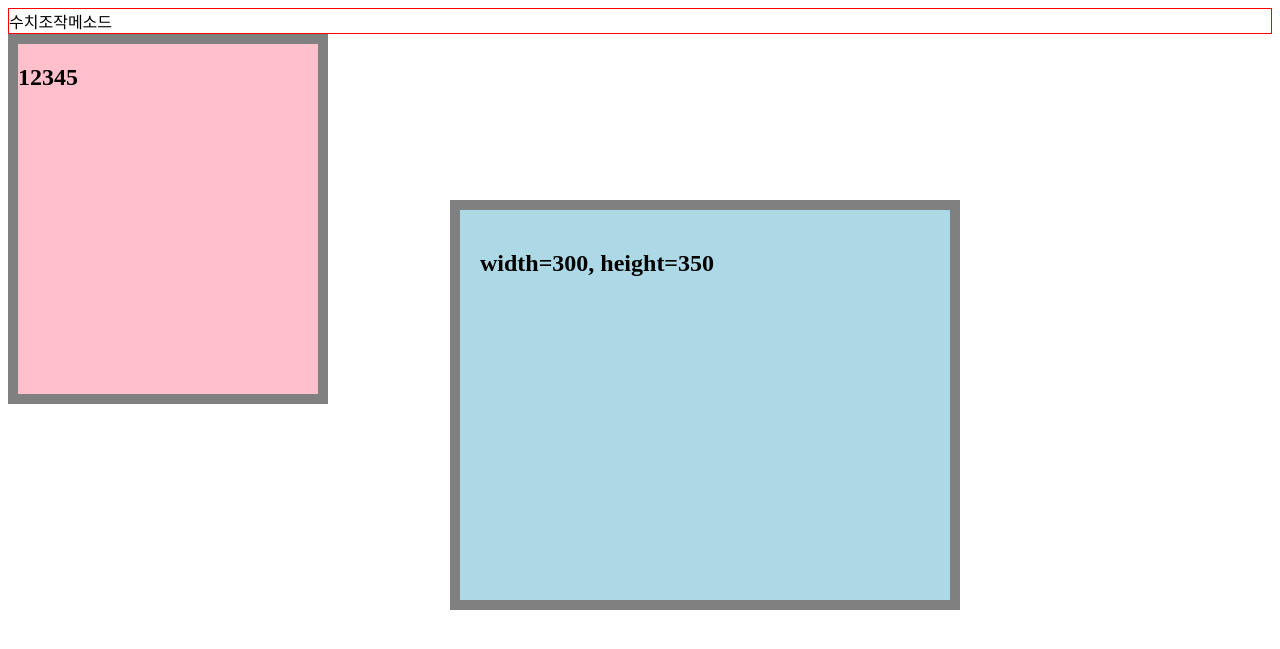
Repository: KangSuA/JSP
Page: webApp/src/main/webapp/jquery/jq08_object.html
These files come from the project's save history. The page is drawn as it stood at one moment and after the next save; the edit follows.
The browser window is 1280 px wide. The pictures show the whole page.

Above is the page before, as saved 2023-02-14 08:45:27.

After the next save:
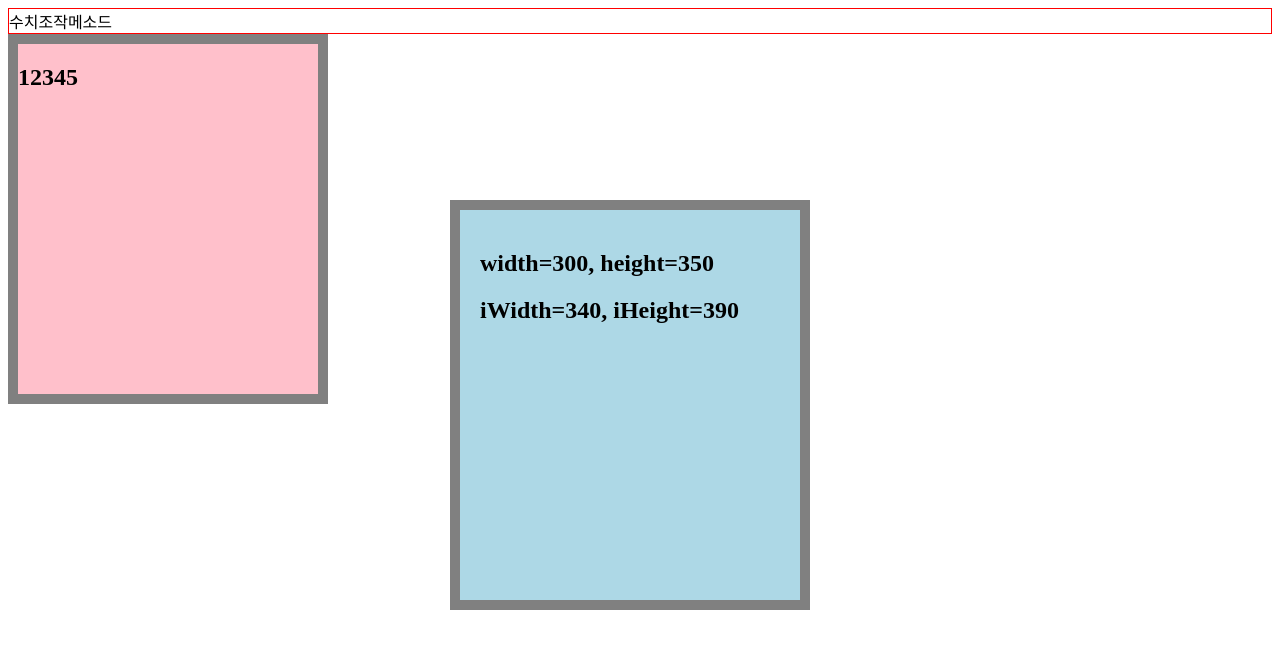
Saved 5 min 18 s later.
--- a/webApp/src/main/webapp/jquery/jq08_object.html
+++ b/webApp/src/main/webapp/jquery/jq08_object.html
@@ -12,12 +12,18 @@
 		$('div:nth-child(3)').css('position','absolute').css('left','400px')
 		.css('top','150px').css('margin','50px').css('padding','20px').css('background-color','lightblue');
 
-		//세번째 div의 폭과 높이 구하기
+		//세번째 div의 폭과 높이 구하기 -border와 margin을 제외한 폭과 높이
 		var width = $("div:eq(2)").width();
 		var height = $("div:eq(2)").height();
 
 		$("div:eq(2)").append("<h2>width="+width+", height="+height+"</h2>");
-		$("div:eq(2)").width("450px");
+		//$("div:eq(2)").width("450px");
+
+		//innerWidth(), innerHeight() : padding을 포함한 폭과 높이를 구한다.
+		var innerWidth = $("div:last").innerWidth();
+		var innerHeight = $('div:last').innerHeight();
+		$('div:last').append("<h2>iWidth="+innerWidth+", iHeight="+innerHeight+"</h2>");
+
 	})
 </script>
 </head>
